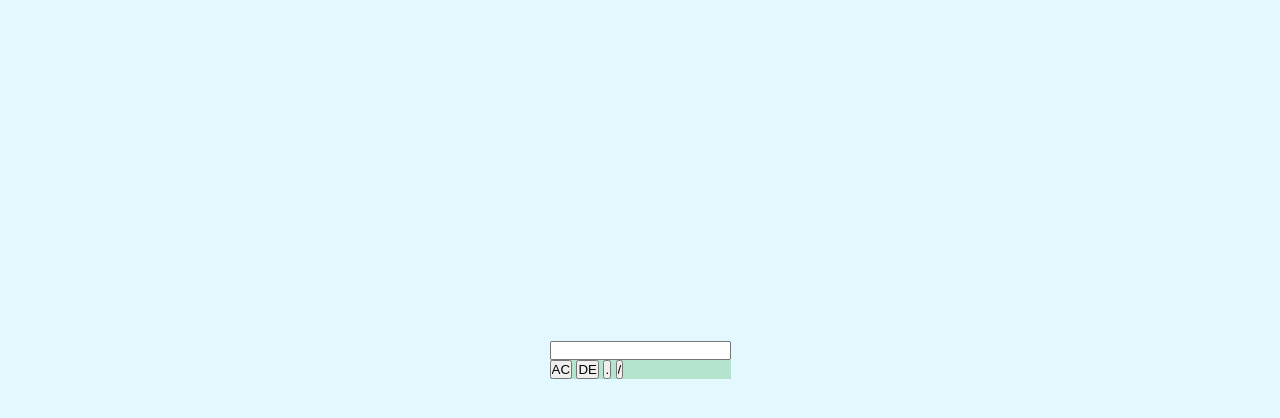
Repository: YAAMAR/calculator
Page: index.html
The author's editor kept a copy of each file at every save. The page is drawn from the files as they stood at one save, then again after a run of saves.
The browser window is 1280 px wide. The pictures show the whole page.

Above is the page before, as saved 2024-05-02 21:24:54.

After the next 2 saves:
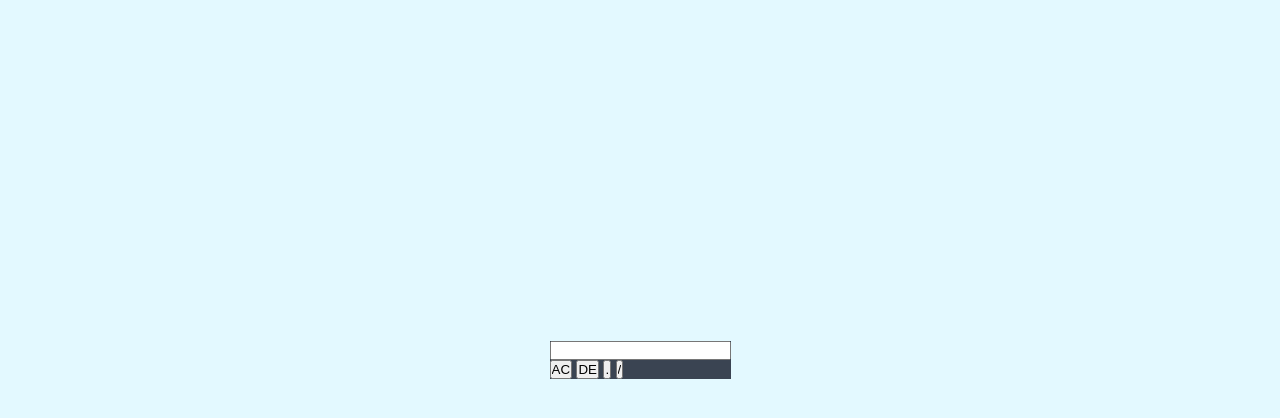
The 2 saves are shown as one change because they came seconds apart.
The last was saved 7 s later.
--- a/style.css
+++ b/style.css
@@ -13,5 +13,6 @@
     justify-content: center;
 }
 .calculator{
-    background: #3a44;
+    background: #3a4452;
+
 }
